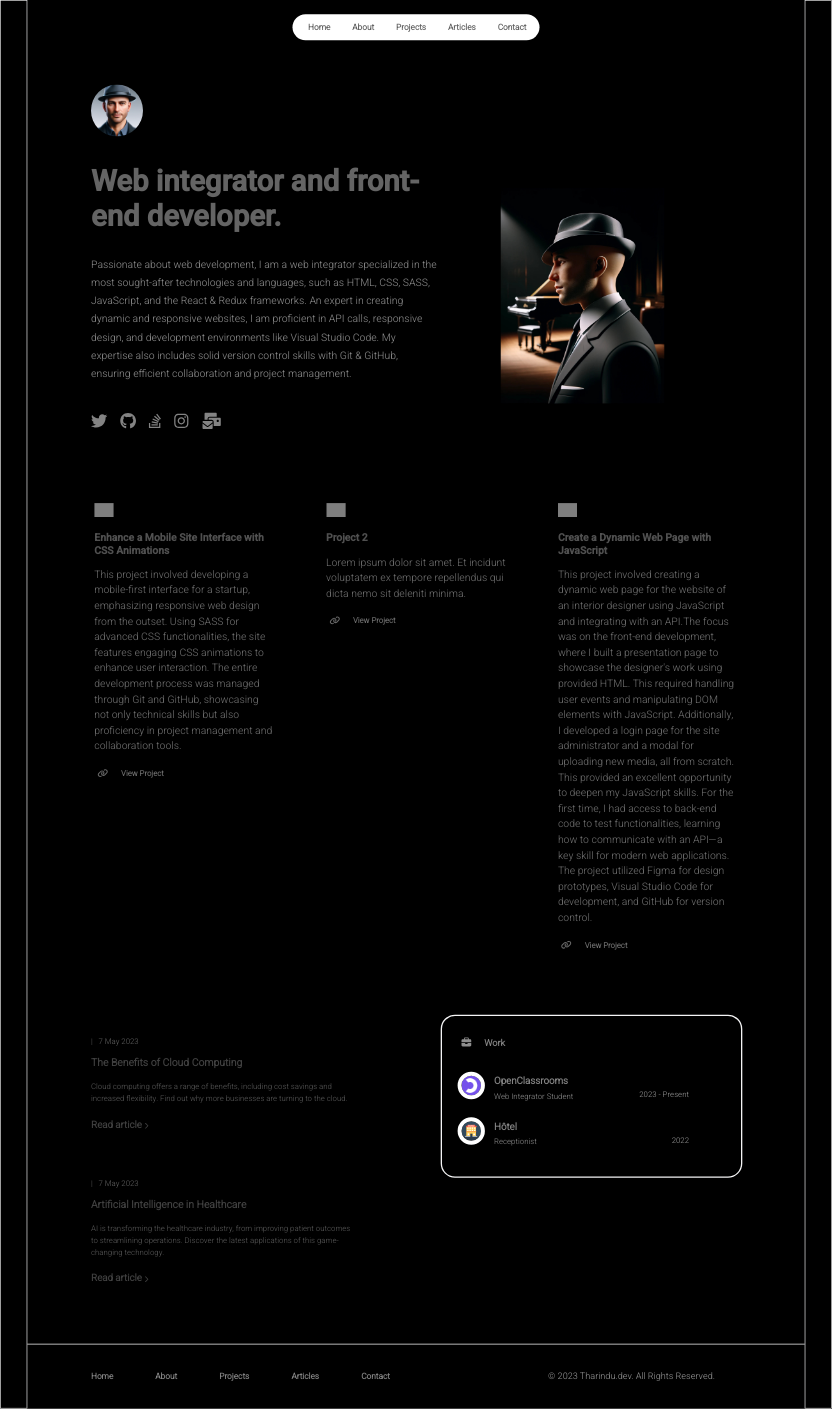
Repository: Dimple3377/reactfolio-master
Page: /
These files come from the project's save history. The page is drawn as it stood at one moment and after the next save; the edit follows.
The browser window is 1280 px wide. The pictures show the whole page, at 65% of full size.
Pictures or frames that could not be fetched are drawn as grey boxes. The project was rebuilt for these pictures with package versions that can differ from the ones it lists, and the page was loaded fresh each time. Also part of the build but not shown: src/components/about/socials.jsx, src/pages/styles/about.css, src/pages/about.jsx, src/pages/styles/projects.css, src/pages/projects.jsx, src/components/articles/article.jsx, src/pages/styles/articles.css, src/pages/articles.jsx and 5 more.

Above is the page before, as saved 2024-04-25 03:46:26.

### src/data/styles.css
:root {
	/* ------- colors ------- */
	--primary-color: #646464;
	--secondary-color: #838383;
	--tertiary-color: #8d8d8d;
	--quaternary-color: #bbbbbb;
	--link-color: #646464;
	/* ---------------------- */

	/* ------- fonts ------- */
	--primary-font: "Heebo", sans-serif;
	--secondary-font: "Roboto", sans-serif;
	/* --------------------- */
}

### src/app.css
@import "/src/data/styles.css";

::-webkit-scrollbar {
	width: 10px;
}

::-webkit-scrollbar-track {
	background-color: #f1f1f1;
}

::-webkit-scrollbar-thumb {
	background-color: #383636;
	border-radius: 5px;
}

::-webkit-scrollbar-thumb:hover {
	background-color: rgb(0, 0, 0);
}

.page-content {
	background-color: black;
	position: relative;
}

.page-content:before,
.page-content:after {
	content: "";
	position: absolute;
	top: 0;
	bottom: 0;
	width: calc((100% - 1200px) / 2);
	background-color: black;
	border: 1px solid #f4f4f5;
}

.page-content:before {
	left: 0;
	z-index: 1;
}

.page-content:after {
	right: 0;
	z-index: 1;
}

.content-wrapper {
	max-width: 1000px;
	margin: 0 auto;
}

.title {
	color: var(--primary-color);
	font-family: var(--secondary-font);
	font-size: 45px;
	font-weight: 700;
	width: 70%;
}

.subtitle {
	padding-top: 10px;
	color: var(--secondary-color);
	font-size: 16px;
	line-height: 28px;
	width: 70%;
	margin-top: 25px;
}

.page-footer {
	position: block;
}

.page-footer::before {
	content: "";
	position: absolute;
	left: 0;
	right: 0;
	border-top: 2px solid var(--tertiary-color);
}

@media (max-width: 1270px) {
	.page-content:before,
	.page-content:after {
		width: calc((100% - 90%) / 2);
	}

	.content-wrapper {
		max-width: 90%;
		padding-left: 10%;
		padding-right: 10%;
	}
}

@media (max-width: 1024px) {
	.page-content:before,
	.page-content:after {
		width: calc((100% - 950px) / 2);
	}

	.content-wrapper {
		max-width: 980px;
	}
}

@media (max-width: 800px) {
	.content-wrapper {
		max-width: 90%;
		margin: 0 auto;
		padding: 0 10px;
	}

	.page-content:before,
	.page-content:after {
		display: none;
	}

	.title {
		width: 100%;
	}

	.subtitle {
		width: 100%;
	}
}

### src/components/common/footer.jsx
import React from "react";
import { Link } from "react-router-dom";

import "./styles/footer.css";

const Footer = () => {
	return (
		<React.Fragment>
			<div className="footer">
				<div className="footer-links">
					<ul className="footer-nav-link-list">
						<li className="footer-nav-link-item">
							<Link to="/">Home</Link>
						</li>
						<li className="footer-nav-link-item">
							<Link to="/about">About</Link>
						</li>
						<li className="footer-nav-link-item">
							<Link to="/projects">Projects</Link>
						</li>
						<li className="footer-nav-link-item">
							<Link to="/articles">Articles</Link>
						</li>
						<li className="footer-nav-link-item">
							<Link to="/contact">Contact</Link>
						</li>
					</ul>
				</div>

				<div className="footer-credits">
					<div className="footer-credits-text">
						© 2023 Tharindu.dev. All Rights Reserved.
					</div>
				</div>
			</div>
		</React.Fragment>
	);
};

export default Footer;

### src/components/common/navBar.jsx
import React from "react";
import { Link } from "react-router-dom";

import "./styles/navBar.css";

const NavBar = (props) => {
	const { active } = props;

	return (
		<React.Fragment>
			<div className="nav-container">
				<nav className="navbar">
					<div className="nav-background">
						<ul className="nav-list">
							<li
								className={
									active === "home"
										? "nav-item active"
										: "nav-item"
								}
							>
								<Link to="/">Home</Link>
							</li>
							<li
								className={
									active === "about"
										? "nav-item active"
										: "nav-item"
								}
							>
								<Link to="/about">About</Link>
							</li>
							<li
								className={
									active === "projects"
										? "nav-item active"
										: "nav-item"
								}
							>
								<Link to="/projects">Projects</Link>
							</li>
							<li
								className={
									active === "articles"
										? "nav-item active"
										: "nav-item"
								}
							>
								<Link to="/articles">Articles</Link>
							</li>
							<li
								className={
									active === "contact"
										? "nav-item active"
										: "nav-item"
								}
							>
								<Link to="/contact">Contact</Link>
							</li>
						</ul>
					</div>
				</nav>
			</div>
		</React.Fragment>
	);
};

export default NavBar;

### src/components/homepage/article.jsx
import React from "react";
import { Link } from "react-router-dom";

import { FontAwesomeIcon } from "@fortawesome/react-fontawesome";
import { faChevronRight } from "@fortawesome/free-solid-svg-icons";

import "./styles/article.css";

const Article = (props) => {
	const { title, description, date, link } = props;

	return (
		<React.Fragment>
			<div className="homepage-article">
				<div className="homepage-article-content">
					<div className="homepage-article-date">
						|&nbsp;&nbsp;&nbsp;{date}
					</div>
					<div className="homepage-article-title">{title}</div>
					<div className="homepage-article-description">
						{description}
					</div>
					<div className="homepage-article-link">
						<Link to={link}>
							Read article{" "}
							<FontAwesomeIcon
								style={{ fontSize: "10px" }}
								icon={faChevronRight}
							/>
						</Link>
					</div>
				</div>
			</div>
		</React.Fragment>
	);
};

export default Article;

### src/components/homepage/works.jsx
import React from "react";
import { faBriefcase } from "@fortawesome/free-solid-svg-icons";

import Card from "../common/card";

import "./styles/works.css";

const Works = () => {
	return (
		<div className="works">
			<Card
				icon={faBriefcase}
				title="Work"
				body={
					<div className="works-body">
						<div className="work">
							<img
								src="./OpenClassrooms.png"
								alt="OpenClassrooms"
								className="work-image"
							/>
							<div className="work-title">OpenClassrooms</div>
							<div className="work-subtitle">
								Web Integrator Student
							</div>
							<div className="work-duration">2023 - Present</div>
						</div>

						<div className="work">
							<img
								src="./hotel.png"
								alt="hotel"
								className="work-image"
							/>
							<div className="work-title">Hôtel</div>
							<div className="work-subtitle">Receptionist</div>
							<div className="work-duration">2022</div>
						</div>
					</div>
				}
			/>
		</div>
	);
};

export default Works;

### src/data/user.js
const INFO = {
	main: {
		title: "Portfolio by Dimple",
		name: "Joffrey",
		email: "joffran712@gmail.com",
		logo: "../logo.png",
	},

	socials: {
		twitter: "https://twitter.com/",
		github: "https://github.com/",
		linkedin: "https://linkedin.com/",
		instagram: "https://instagram.com/",
		stackoverflow: "https://stackoverflow.com/",
		facebook: "https://facebook.com/",
	},

	homepage: {
		title: "Web integrator  and front-end developer.",
		description:
			"Passionate about web development, I am a web integrator specialized in the most sought-after technologies and languages, such as HTML, CSS, SASS, JavaScript, and the React & Redux frameworks. An expert in creating dynamic and responsive websites, I am proficient in API calls, responsive design, and development environments like Visual Studio Code. My expertise also includes solid version control skills with Git & GitHub, ensuring efficient collaboration and project management.",
	},

	about: {
		title: "I’m Joffrey I live in Paris, where I design the future.",
		description:
			"Having recently completed my developer training, I've already engaged in various projects that I'm truly proud of. Many of these projects are open-source, offering an opportunity for others to explore, contribute, and enhance. If you're interested in my work, I encourage you to review the code and share any suggestions for improvement. I'm eager to collaborate and learn from feedback, as I believe it's a fantastic way to grow and refine my skills.",
	},

	articles: {
		title: "I'm passionate about pushing the boundaries of what's possible and inspiring the next generation of innovators.",
		description:
			"A chronological compilation of my detailed reflections on programming, leadership, product design, and beyond.",
	},

	projects: [
		{
			title: "Enhance a Mobile Site Interface with CSS Animations",
			description:
				"This project involved developing a mobile-first interface for a startup, emphasizing responsive web design from the outset. Using SASS for advanced CSS functionalities, the site features engaging CSS animations to enhance user interaction. The entire development process was managed through Git and GitHub, showcasing not only technical skills but also proficiency in project management and collaboration tools.",
			logo: "https://cdn.jsdelivr.net/npm/programming-languages-logos/src/html/html.png",
			linkText: "View Project",
			link: "https://dimple3377.github.io/OC-ohmyfood-project-4/",
		},
		{
			title: "Project 2",
			description:
				"Lorem ipsum dolor sit amet. Et incidunt voluptatem ex tempore repellendus qui dicta nemo sit deleniti minima.",
			logo: "https://cdn.jsdelivr.net/npm/programming-languages-logos/src/javascript/javascript.png",
			linkText: "View Project",
			link: "https://github.com",
		},
		{
			title: "Create a Dynamic Web Page with JavaScript",
			description:
				"This project involved creating a dynamic web page for the website of an interior designer using JavaScript and integrating with an API.The focus was on the front-end development, where I built a presentation page to showcase the designer's work using provided HTML. This required handling user events and manipulating DOM elements with JavaScript. Additionally, I developed a login page for the site administrator and a modal for uploading new media, all from scratch. This provided an excellent opportunity to deepen my JavaScript skills. For the first time, I had access to back-end code to test functionalities, learning how to communicate with an API—a key skill for modern web applications. The project utilized Figma for design prototypes, Visual Studio Code for development, and GitHub for version control.",
			logo: "https://cdn.jsdelivr.net/npm/programming-languages-logos/src/javascript/javascript.png",
			linkText: "View Project",
			link: "https://github.com/Dimple3377/Portfolio-architecte-sophie-bluel-master",
		},
	],
};

export default INFO;

### src/pages/styles/homepage.css
@import "../../data/styles.css";

.homepage-logo-container {
	display: flex;
	justify-content: left;
	align-items: center;
	padding-top: 130px;
}

.homepage-container {
	padding-top: 25px;
}

.homepage-first-area {
	display: flex;
	justify-content: space-between;
	align-items: center;
}

.homepage-first-area-left-side {
	display: flex;
	flex-direction: column;
	align-items: flex-start;
}

.homepage-title {
	width: 85% !important;
}

.homepage-subtitle {
	width: 85% !important;
}

.homepage-first-area-right-side {
	display: flex;
	align-items: center;
}

.homepage-image-container {
	width: 370px;
	height: 370px;
}

.homepage-image-wrapper {
	overflow: hidden;
	border-radius: 10%;
}

.homepage-image-wrapper img {
	width: 68%;
}

.homepage-socials {
	display: flex;
	justify-content: left;
	align-items: center;
	padding-top: 30px;
}

.homepage-social-icon {
	padding-right: 20px;
	font-size: 25px;
	transition: color 0.2s ease-in-out;
	color: var(--secondary-color);
}

.homepage-social-icon:hover {
	color: var(--primary-color);
}

.homepage-after-title {
	display: flex;
}

.homepage-projects {
	flex-basis: 300px;
	padding-top: 40px;
}

.homepage-articles {
	flex-basis: 900px;
	padding-top: 30px;
	margin-left: -30px;
}

.homepage-article {
	padding-bottom: 5px;
}

.homepage-works {
	flex-basis: 600px;
	padding-top: 30px;
}

@media (max-width: 1024px) {
	.homepage-first-area {
		flex-direction: column;
	}

	.homepage-first-area-left-side {
		display: flex;
		flex-direction: column; /* Changed: set direction to column */
		align-items: flex-start;
		width: 100%;
		order: 2;
	}

	.homepage-title {
		width: 100% !important;
		margin-top: 20px;
		order: 2;
	}

	.homepage-subtitle {
		width: 100% !important;
		margin-top: 10px;
		order: 3;
	}

	.homepage-first-area-right-side {
		width: 100%;
		order: 1;
	}

	.homepage-image-container {
		padding-top: 50px;
		padding-bottom: 50px;
		margin-left: 10px;
		order: 1;
	}

	.homepage-after-title {
		flex-direction: column;
	}

	.homepage-projects {
		flex-basis: auto;
	}

	.homepage-articles {
		flex-basis: auto;
	}

	.homepage-works {
		flex-basis: auto;
		margin-left: -25px;
		margin-right: -25px;
	}
}

### src/pages/styles/readArticle.css
@import "../../data/styles.css";

.read-article-logo-container {
	display: flex;
	justify-content: left;
	padding-top: 25px;
}

.read-article-logo {
	display: flex;
	position: fixed;
	border: 1px solid white;
	border-radius: 50%;
	box-shadow: 0px 4px 10px rgba(0, 0, 0, 0.25);
	top: 4vh;
}

.read-article-container {
	display: flex;
	height: 100%;
	margin: 0;
	padding-top: 120px;
}

.read-article-back {
	padding-top: 68px;
	padding-right: 50px;
	width: 40px;
	height: 40px;
}

.read-article-back-button {
	width: 50px;
	border-radius: 50%;
	box-shadow: 0px 4px 10px rgba(0, 0, 0, 0.25);
}

.read-article-wrapper {
	width: 80%;
	padding-top: 30px;
}

.read-article-date-container {
	border-left: 2px solid var(--quaternary-color);
	color: var(--tertiary-color);
	font-size: 16 px;
	align-items: center;
	height: 22px;
}

.read-article-date {
	font-family: var(--primary-font);
	padding-left: 15px;
}

.read-article-title {
	padding-top: 50px;
	padding-bottom: 50px;
	width: 100% !important;
}

.read-article-body {
	padding-bottom: 50px;
	font-size: 16px;
	line-height: 30px;
	font-family: system-ui;
	color: #52525b;
}

### src/components/common/styles/footer.css
@import "../../../data/styles.css";

.footer {
	display: flex;
	padding-top: 25px;
	margin-top: 50px;
	padding-bottom: 25px;
	align-items: center;
}

.footer-links,
.footer-credits {
	flex-basis: 50%;
}

.footer-links {
	margin-left: -40px;
}

.footer-nav-link-list {
	display: flex;
	list-style: none;
	justify-content: space-between;
	align-items: center;
}

.footer-nav-link-item {
	font-weight: bold;
	font-size: 80%;
}

.footer-nav-link-list a {
	text-decoration: none;
	color: var(--secondary-color);
}

.footer-nav-link-list a:hover {
	color: var(--link-color);
}

.footer-credits-text {
	justify-content: flex-end;
	color: var(--tertiary-color);
	font-size: 14px;
	text-align: right;
}

@media (max-width: 600px) {
	.footer {
		flex-direction: column;
		height: 85px;
	}

	.footer-links {
		display: flex;
		width: 100%;
		justify-content: center;
	}

	.footer-nav-link-list {
		width: 100%;
	}
}

### src/components/common/styles/navBar.css
@import "../../../data/styles.css";

.nav-container {
	margin: 0;
	display: flex;
	justify-content: center;
	align-items: center;
}

.navbar {
	display: flex;
	justify-content: center;
	align-items: center;
	position: fixed;
	top: 3vh;
	z-index: 999;
}

.nav-background {
	width: 380px;
	height: 40px;
	padding-left: 0%;
	padding-right: 0%;
	background: #fff;
	box-shadow: 0px 2px 10px rgba(0, 0, 0, 0.1);
	border-radius: 40px;
}

.nav-list {
	display: flex;
	justify-content: space-between;
	list-style: none;
	align-items: center;
	margin-left: -16px;
	margin-right: 20px;
	margin-top: 11px;
}

.nav-item {
	font-weight: bold;
	font-size: 80%;
}

.nav-item.active a {
	color: var(--link-color) !important;
}

.nav-item a {
	text-decoration: none;
	color: var(--primary-color);
}

.nav-item a:hover {
	color: var(--link-color);
	transition: color 0.3s ease-in-out;
}

@media (max-width: 600px) {
	.navbar {
		margin-left: 25%;
		margin-right: 25%;
		width: 80%;
		font-size: 80%;
	}

	.nav-background {
		width: 80%;
		height: 40px;
	}

	.nav-item {
		font-weight: bold;
	}
}

### src/components/homepage/styles/article.css
@import "../../../data/styles.css";

.homepage-article {
	width: 90%;
	mix-blend-mode: normal;
	border-radius: 20px;
	opacity: 0.8;
}

.homepage-article:hover {
	background: #fafafa;
	opacity: 1;
	transition: background-color 0.3s ease-in-out;
}

.homepage-article-content {
	padding: 30px;
}

.homepage-article-date {
	opacity: 1;
	color: var(--tertiary-color);
	font-size: 12px;
	margin-bottom: 1em;
}

.homepage-article-title {
	opacity: 1;
	color: var(--primary-color);
	font-size: 16px;
	margin-bottom: 1em;
	font-weight: 700;
}

.homepage-article-description {
	opacity: 1;
	color: var(--secondary-color);
	font-size: 12px;
	line-height: 1.5;
}

.homepage-article-link {
	opacity: 1;
	padding-top: 20px;
	font-size: 15px;
	font-weight: 700;
}

.homepage-article-link a {
	color: var(--link-color);
	text-decoration: none;
}

@media (max-width: 600px) {
	.homepage-article {
		width: 100%;
	}
}

### src/components/projects/project.jsx
import React from "react";
import { Link } from "react-router-dom";
import { FontAwesomeIcon } from "@fortawesome/react-fontawesome";
import { faLink } from "@fortawesome/free-solid-svg-icons";

import "./styles/project.css";

const Project = (props) => {
	const { logo, title, description, linkText, link } = props;

	return (
		<React.Fragment>
			<div className="project">
				<Link to={link}>
					<div className="project-container">
						<div className="project-logo">
							<img src={logo} alt="logo" />
						</div>
						<div className="project-title">{title}</div>
						<div className="project-description">{description}</div>
						<div className="project-link">
							<div className="project-link-icon">
								<FontAwesomeIcon icon={faLink} />
							</div>

							<div className="project-link-text">{linkText}</div>
						</div>
					</div>
				</Link>
			</div>
		</React.Fragment>
	);
};

export default Project;

### src/components/articles/style/article.css
@import "../../../data/styles.css";

.article {
	display: flex;
}

.article a {
	text-decoration: none;
}

.article-left-side {
	min-width: 20%;
	max-width: 20%;
}

.article-right-side {
	flex-basis: 80%;
	min-width: 700px;
	mix-blend-mode: normal;
	border-radius: 20px;
	opacity: 0.8;
	padding: 30px;
}

.article-right-side:hover {
	background: #fafafa;
	opacity: 1;
	transition: background-color 0.3s ease-in-out;
}

.article-date {
	padding-top: 30px;
	font-size: 15px;
	color: var(--tertiary-color);
}

.article-title {
	color: #000000;
	font-size: 16px;
	font-weight: 600;
}

.article-description {
	padding-top: 10px;
	font-size: 12px;
	color: var(--secondary-color);
	font-weight: 480;
	line-height: 25px;
}

.article-link {
	padding-top: 10px;
	font-size: 14px;
	color: var(--link-color);
	font-weight: 700;
}

@media (max-width: 1024px) {
	.article-left-side {
		min-width: 10%;
		max-width: 10%;
	}

	.article-right-side {
		flex-basis: 90%;
		min-width: 85%;
		max-width: 85%;
	}
}

### src/components/projects/styles/project.css
@import "../../../data/styles.css";

.project {
	mix-blend-mode: normal;
	border-radius: 20px;
	opacity: 0.8;
	height: 100%;
}

.project a {
	text-decoration: none;
}

.project:hover {
	background: #fafafa;
	opacity: 1;
	transition: background-color 0.3s ease-in-out;
}

.project:hover .project-link {
	color: var(--link-color);
	transition: color 0.3s ease-in-out;
}

.project-container {
	padding: 30px;
}

.project-logo {
	width: 30px;
}

.project-logo img {
	width: 100%;
}

.project-title {
	font-family: var(--secondary-font);
	color: var(--primary-color);
	font-size: 16px;
	padding-top: 15px;
	margin-bottom: 1em;
	font-weight: 700;
}

.project-description {
	color: var(--secondary-color);
}

.project-link {
	display: flex;
	align-items: center;
	color: var(--secondary-color);
	font-size: 12px;
	padding-top: 20px;
}

.project-link-icon {
	padding-left: 5px;
	font-size: 13px;
}

.project-link-text {
	padding-left: 20px;
	font-weight: 700;
}

@media (max-width: 600px) {
	.project {
		height: 300px;
	}
}

Loaded but not shown: public/index.html (common file); src/index.js (common file); src/index.css (common file); src/App.js (common file); src/reportWebVitals.js (common file); src/data/tracking.js (common file); src/components/common/logo.jsx (common file); src/components/projects/allProjects.jsx (common file); src/components/common/styles/logo.css (common file); src/components/common/card.jsx (common file); src/components/homepage/styles/works.css (common file); src/components/projects/styles/allProjects.css (common file); src/components/about/styles/socials.css (common file); src/components/common/styles/card.css (common file); src/data/articles.js (65 lines, source omitted); src/data/seo.js (38 lines, source omitted); src/pages/homepage.jsx (206 lines, source omitted)

After the next save:
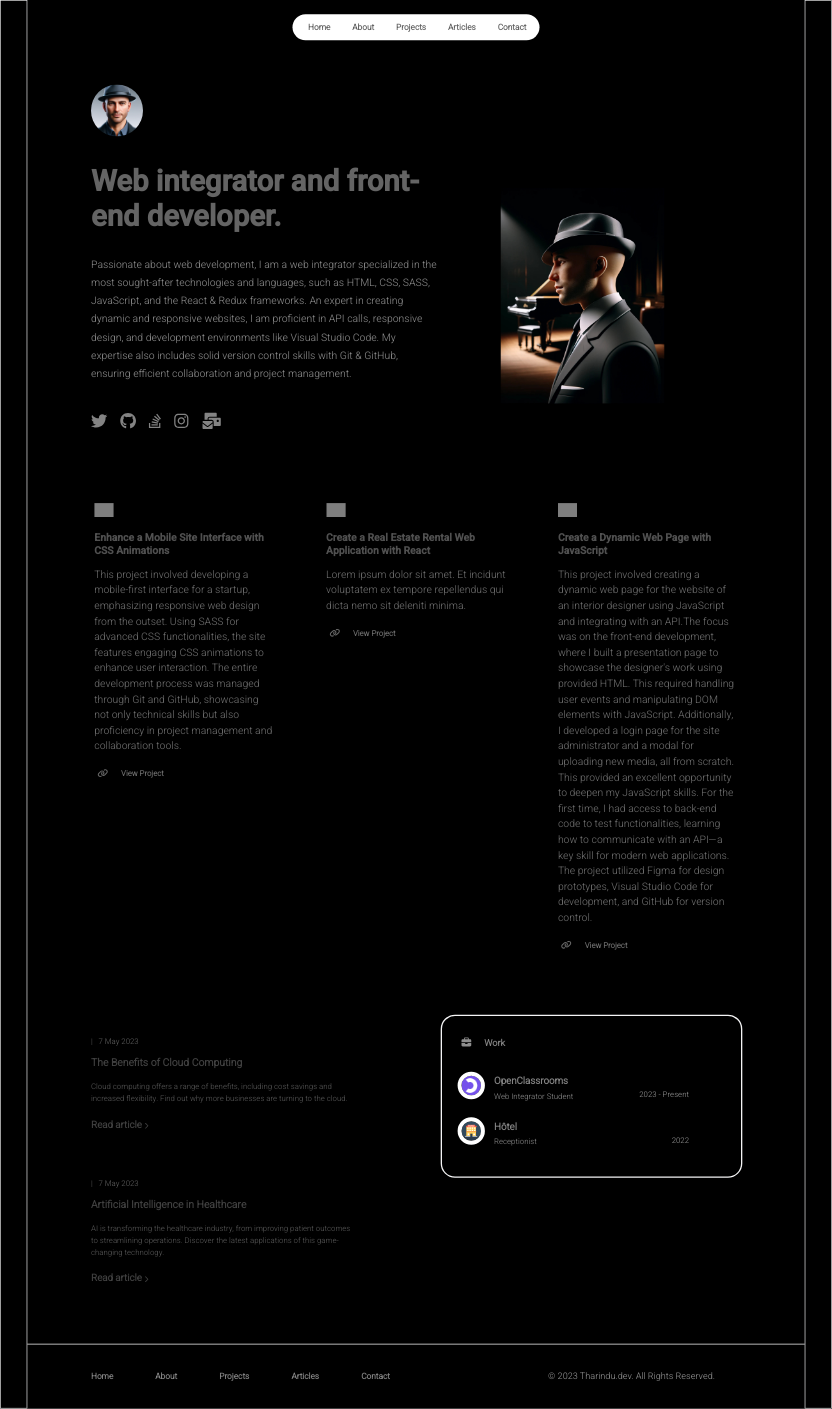
Saved 2 min 6 s later.
--- a/src/data/user.js
+++ b/src/data/user.js
@@ -43,7 +43,7 @@ const INFO = {
 			link: "https://dimple3377.github.io/OC-ohmyfood-project-4/",
 		},
 		{
-			title: "Project 2",
+			title: "Create a Real Estate Rental Web Application with React",
 			description:
 				"Lorem ipsum dolor sit amet. Et incidunt voluptatem ex tempore repellendus qui dicta nemo sit deleniti minima.",
 			logo: "https://cdn.jsdelivr.net/npm/programming-languages-logos/src/javascript/javascript.png",
